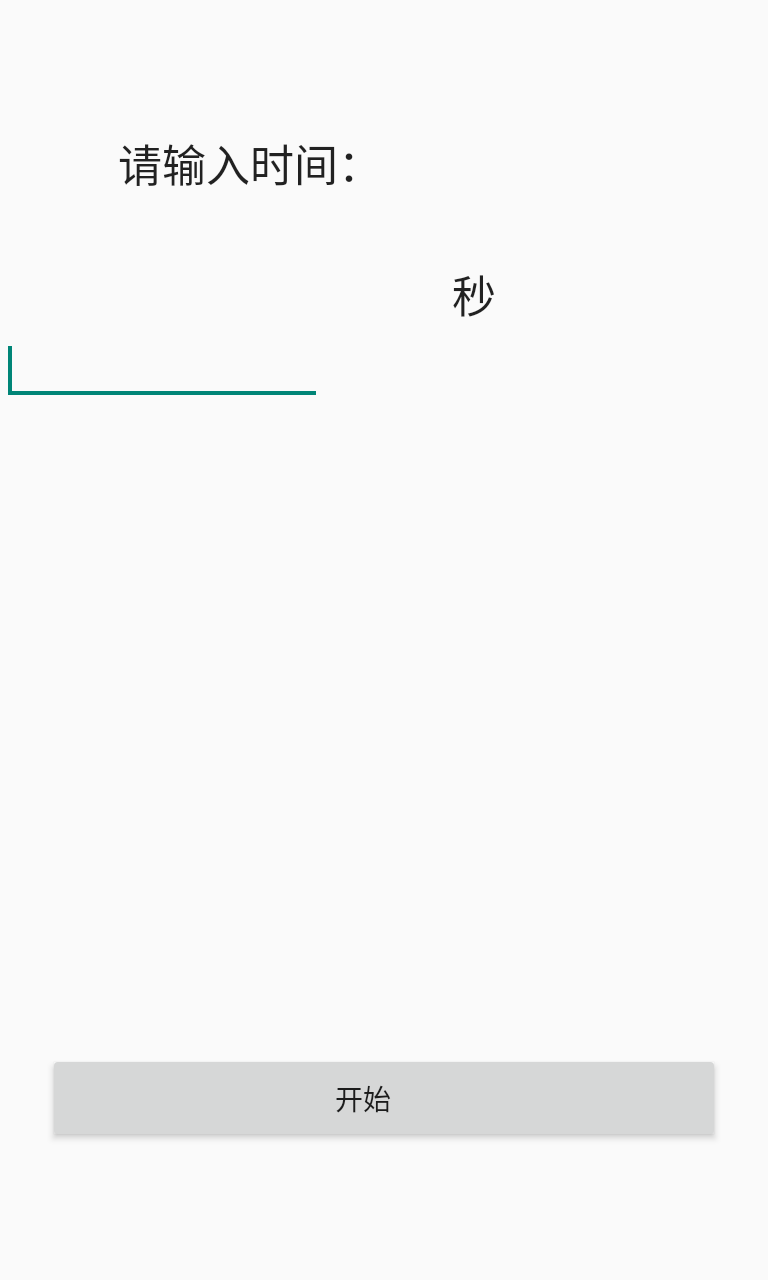
Repository: morning-ding/burning
Layout: test/res/layout/act_timer.xml
These files come from the project's save history. The layout is drawn as it stood at one moment and after the next save; the edit follows.
It is drawn on a 768 x 1280 px phone screen (xhdpi) without system bars, with theme AppTheme; the app's code is not run.

Above is the layout before, as saved 2015-04-28 10:38:08.

### test/res/layout/act_timer.xml
<?xml version="1.0" encoding="utf-8"?>
<RelativeLayout xmlns:android="http://schemas.android.com/apk/res/android"
    android:layout_width="fill_parent"
    android:layout_height="fill_parent" >

    <TextView
        android:id="@+id/input"
        android:layout_width="wrap_content"
        android:layout_height="wrap_content"
        android:layout_alignParentLeft="true"
        android:layout_alignParentTop="true"
        android:layout_marginLeft="59dp"
        android:layout_marginTop="65dp"
        android:text="请输入时间："
        android:textAppearance="?android:attr/textAppearanceLarge" />

    <TextView
        android:id="@+id/miao"
        android:layout_width="wrap_content"
        android:layout_height="wrap_content"
        android:layout_below="@+id/input"
        android:layout_marginLeft="35dp"
        android:layout_marginTop="33dp"
        android:layout_toRightOf="@+id/input"
        android:text="秒"
        android:textAppearance="?android:attr/textAppearanceLarge" />

    <Button
        android:id="@+id/begin"
        android:layout_width="match_parent"
        android:layout_height="wrap_content"
        android:layout_alignParentBottom="true"
        android:layout_centerHorizontal="true"
        android:layout_marginBottom="67dp"
        android:layout_marginRight="46dp"
        android:text="开始      " />

    <TextView
        android:id="@+id/show"
        android:layout_width="wrap_content"
        android:layout_height="wrap_content"
        android:layout_centerInParent="true"
        android:layout_marginRight="29dp"
        android:textAppearance="?android:attr/textAppearanceLarge" />

    <EditText
        android:id="@+id/ed"
        android:layout_width="wrap_content"
        android:layout_height="wrap_content"
        android:layout_below="@+id/miao"
        android:layout_marginRight="30dp"
        android:layout_toLeftOf="@+id/show"
        android:ems="10"
        android:inputType="number" >

        <requestFocus />
    </EditText>

</RelativeLayout>

Loaded but not shown: test/res/values/styles.xml (common file); test/res/values-v11/styles.xml (common file); test/res/values-v14/styles.xml (common file)

After the next save:
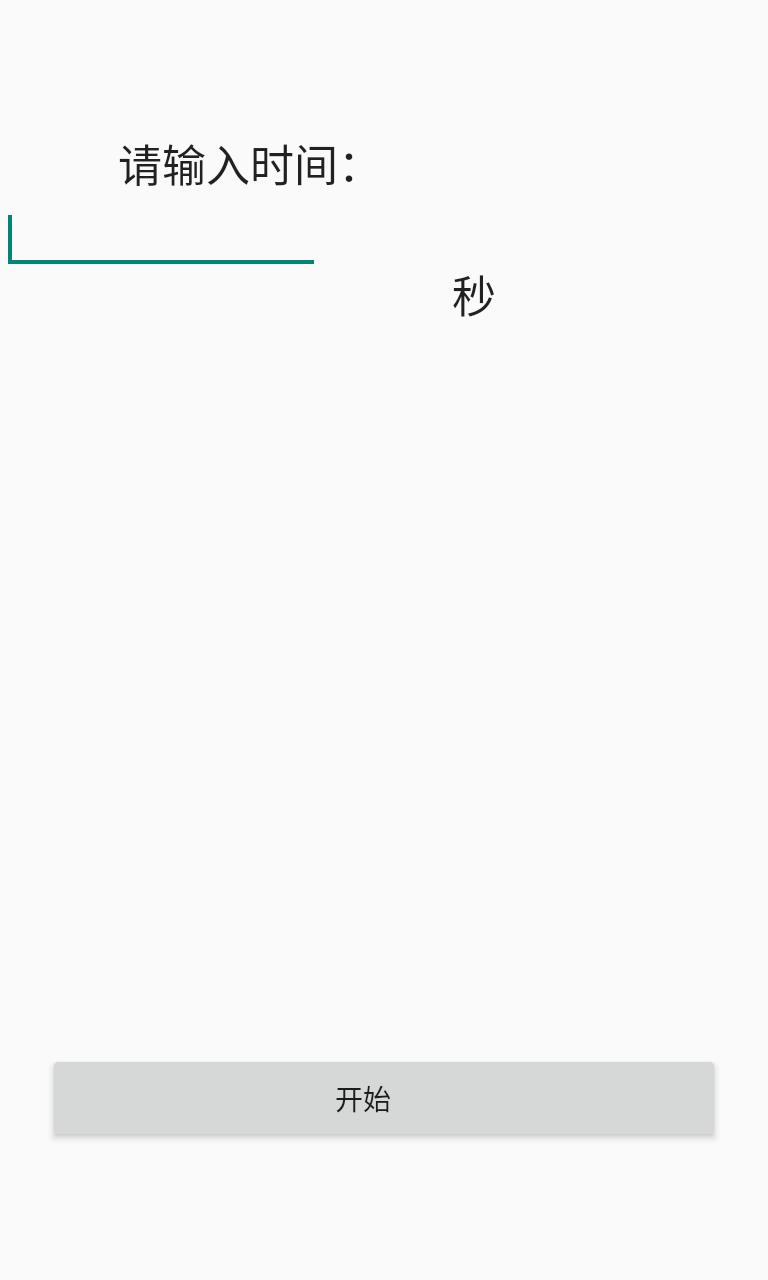
Saved 103 s later.
--- a/test/res/layout/act_timer.xml
+++ b/test/res/layout/act_timer.xml
@@ -47,9 +47,9 @@
         android:id="@+id/ed"
         android:layout_width="wrap_content"
         android:layout_height="wrap_content"
-        android:layout_below="@+id/miao"
+        android:layout_below="@+id/input"
         android:layout_marginRight="30dp"
-        android:layout_toLeftOf="@+id/show"
+        android:layout_toLeftOf="@+id/miao"
         android:ems="10"
         android:inputType="number" >
 
